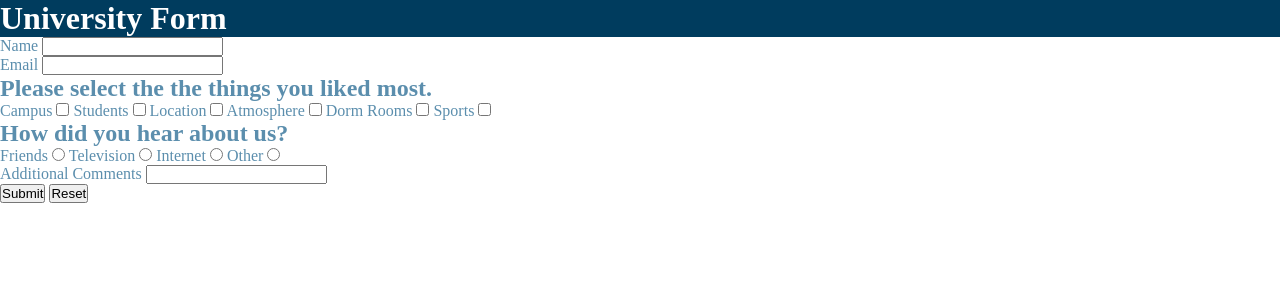
Repository: mlmEFSC21/P2-University-Form
Page: index.html
An editor plug-in stored every save of this project. The page is shown before and after the next save, followed by the edit.
The browser window is 1280 px wide. The pictures show the whole page.
Some web fonts or font styles are not loaded; a fallback is used.

Above is the page before, as saved 2022-01-29 13:55:34.

### index.html
<!DOCTYPE html>
<html lang="en">
    <head>
        <meta charset="UTF-8" />
        <meta http-equiv="X-UA-Compatible" content="IE=edge" />
        <meta name="viewport" content="width=device-width, initial-scale=1.0" />
        <title>University Form</title>
        <link rel="stylesheet" href="uniFormStyles.css" />
    </head>
    <body>
        <header>
            <h1>University Form</h1>
        </header>
        <main>
            <!-- REMEMBER TO CHANGE THIS TO A POST TO DEITEL!!!!!!!!!!-->
            <form action="results.html" method="GET">
                <div>
                    <label for="name">Name</label>
                    <input type="text" id="name" name="name" required />
                </div>
                <div>
                    <label for="email">Email</label>
                    <input type="email" id="email" name="email" required />
                </div>
                <div>
                    <h2>Please select the the things you liked most.</h2>
                    <label for="campus">Campus</label>
                    <input type="checkbox" id="campus" name="campus" />
                    <label for="students">Students</label>
                    <input type="checkbox" id="students" name="students" />
                    <label for="location">Location</label>
                    <input type="checkbox" id="location" name="location" />
                    <label for="atmosphere">Atmosphere</label>
                    <input type="checkbox" id="atmosphere" name="atmosphere" />
                    <label for="dorms">Dorm Rooms</label>
                    <input type="checkbox" id="dorms" name="dorms" />
                    <label for="sports">Sports</label>
                    <input type="checkbox" id="sports" name="sports" />
                </div>
                <div>
                    <h2>How did you hear about us?</h2>
                    <label for="friends">Friends</label>
                    <input type="radio" id="friends" name="referred" required />
                    <label for="television">Television</label>
                    <input type="radio" id="television" name="referred" />
                    <label for="internet">Internet</label>
                    <input type="radio" id="internet" name="referred" />
                    <label for="other">Other</label>
                    <input type="radio" id="other" name="referred" />
                </div>
                <div>
                    <label for="comments">Additional Comments</label>
                    <input type="text" id="comments" name="comments" />
                </div>
                <button type="submit" class="submit">Submit</button>
                <button type="reset" class="reset">Reset</button>
            </form>
        </main>
    </body>
</html>

### uniFormStyles.css
* {
  margin: 0;
  padding: 0;
  box-sizing: border-box;
}
body {
  background-color: #ffffff;
  color: #5b8ead;
}
header {
  background-color: #003c5e;
  color: white;
}

After the next save:
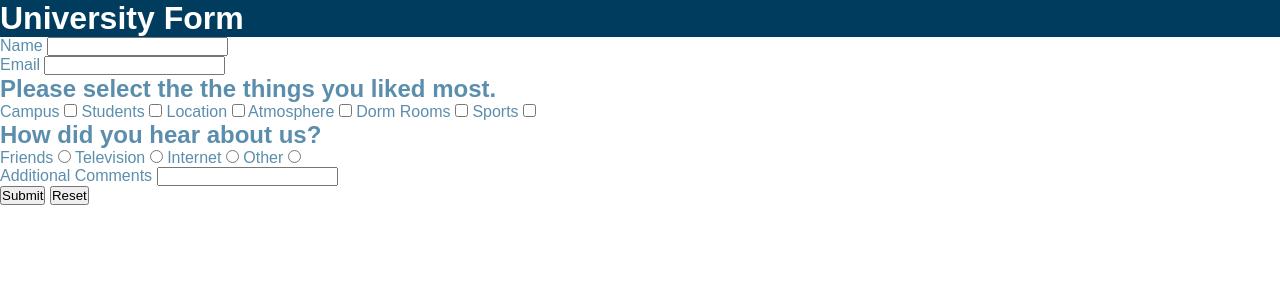
Saved 2 h 5 min later.
--- a/uniFormStyles.css
+++ b/uniFormStyles.css
@@ -1,13 +1,16 @@
+@import url("https://fonts.googleapis.com/css2?family=Spectral:wght@300&display=swap");
+
 * {
-  margin: 0;
-  padding: 0;
-  box-sizing: border-box;
+    margin: 0;
+    padding: 0;
+    box-sizing: border-box;
 }
 body {
-  background-color: #ffffff;
-  color: #5b8ead;
+    background-color: #ffffff;
+    font-family: "Spectral", sans-serif;
+    color: #5b8ead;
 }
 header {
-  background-color: #003c5e;
-  color: white;
+    background-color: #003c5e;
+    color: white;
 }
